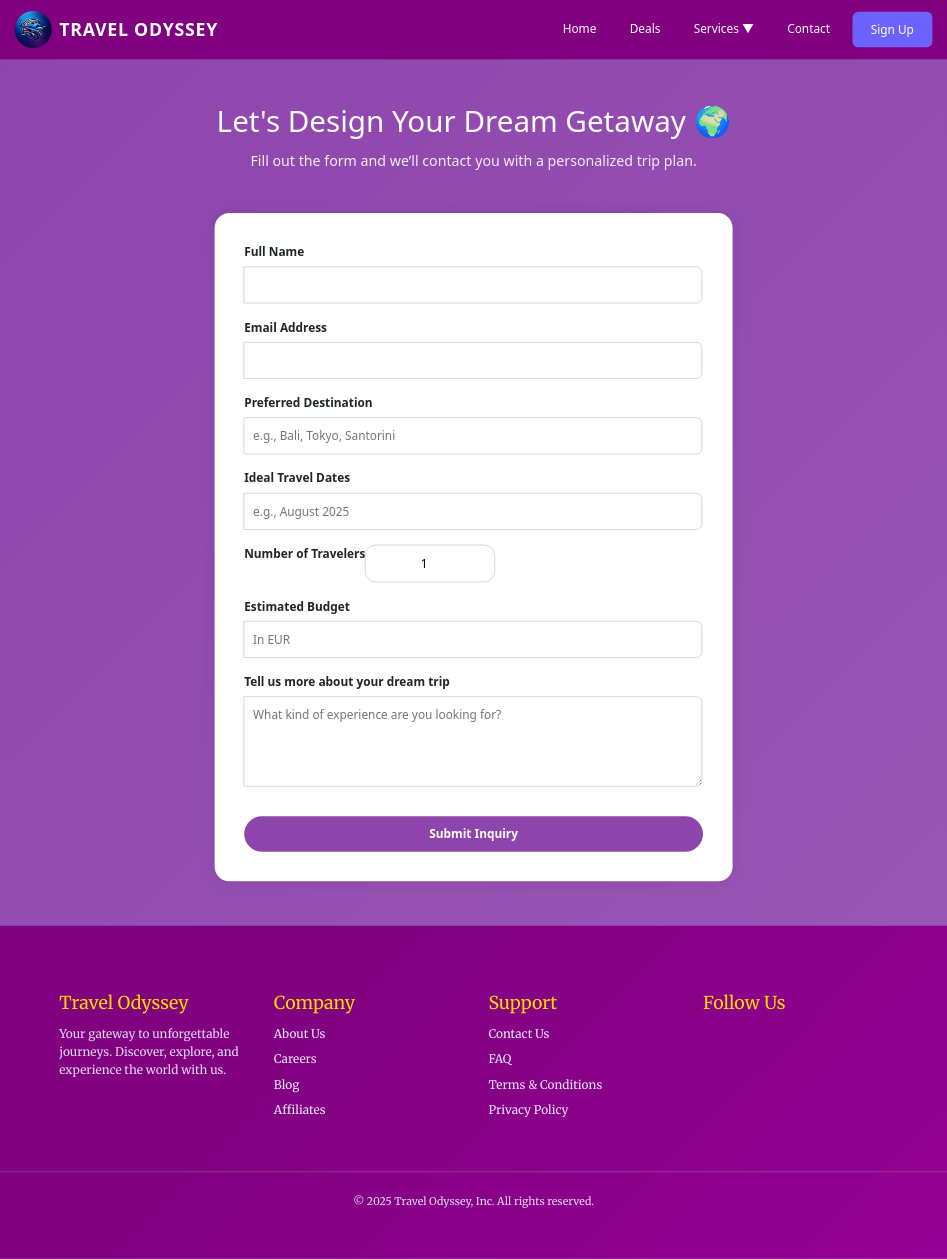
Repository: GHzPhoenix/Project-Odyssey
Page: Frontend/dream.html
An editor plug-in stored every save of this project. The page is shown before and after the next save, followed by the edit.
The browser window is 1280 px wide. The pictures show the whole page, at 74% of full size.

Above is the page before, as saved 2025-06-08 16:46:14.

### Frontend/dream.html
<!DOCTYPE html>
<html lang="en">
  <head>
    <meta charset="UTF-8" />
    <meta name="viewport" content="width=device-width, initial-scale=1.0" />
    <title>Plan Your Dream Trip – Travel Odyssey</title>
    <link rel="stylesheet" href="/Frontend/css/style.css" />
    <link rel="stylesheet" href="/Frontend/css/dream.css" />
    <link rel="preconnect" href="https://fonts.googleapis.com" />
    <link rel="stylesheet" href="/Frontend/css/deals.css" />
    <link rel="preconnect" href="https://fonts.gstatic.com" crossorigin />
    <link
      href="https://fonts.googleapis.com/css2?family=Merriweather:wght@300;400;700&display=swap"
      rel="stylesheet"
    />
    <link
      href="https://cdn.jsdelivr.net/npm/bootstrap@5.3.3/dist/css/bootstrap.min.css"
      rel="stylesheet"
      crossorigin="anonymous"
    />
  </head>
  <body>
    <header>
      <nav>
        <div class="logo">
          <img src="/Frontend/assets/your-logo.png" alt="Logo" />
          Travel Odyssey
        </div>
        <div class="menu-toggle" onclick="toggleMenu()">
          <div></div>
          <div></div>
          <div></div>
        </div>
        <ul class="nav-menu">
          <li><a href="index.html">Home</a></li>
          <li><a href="deals.html">Deals</a></li>
          <li class="dropdown-parent">
            <a href="#">Services ▼</a>
            <div class="dropdown">
              <a href="membership.html">Memberships</a>
              <a href="dream.html">Plan your Trip</a>
              <a href="client-area.html">Client Area</a>
            </div>
          </li>
          <li><a href="contact.html">Contact</a></li>
          <li><a href="signup.html" class="signup-btn">Sign Up</a></li>
        </ul>
      </nav>
    </header>

    <main>
      <section class="dream-intro">
        <h2>Let's Design Your Dream Getaway 🌍</h2>
        <p>
          Fill out the form and we’ll contact you with a personalized trip plan.
        </p>
      </section>

      <section class="dream-form">
        <form id="dreamtrip-form">
          <div class="input-group">
            <label for="name">Full Name</label>
            <input type="text" id="name" name="name" required />
          </div>
          <div class="input-group">
            <label for="email">Email Address</label>
            <input type="email" id="email" name="email" required />
          </div>
          <div class="input-group">
            <label for="destination">Preferred Destination</label>
            <input
              type="text"
              id="destination"
              name="destination"
              placeholder="e.g., Bali, Tokyo, Santorini"
              required
            />
          </div>
          <div class="input-group">
            <label for="dates">Ideal Travel Dates</label>
            <input
              type="text"
              id="dates"
              name="dates"
              placeholder="e.g., August 2025"
              required
            />
          </div>
          <div class="input-group">
            <label for="guests">Number of Travelers</label>
            <input
              type="number"
              id="guests"
              name="guests"
              min="1"
              value="1"
              required
            />
          </div>
          <div class="input-group">
            <label for="budget">Estimated Budget</label>
            <input
              type="number"
              id="budget"
              name="budget"
              placeholder="In EUR"
              min="100"
              required
            />
          </div>
          <div class="input-group">
            <label for="preferences">Tell us more about your dream trip</label>
            <textarea
              id="preferences"
              name="preferences"
              rows="4"
              placeholder="What kind of experience are you looking for?"
            ></textarea>
          </div>
          <div class="button-container">
            <button id="contact" class="submit" type="submit">
              Submit Inquiry
            </button>
          </div>
        </form>
      </section>
    </main>

    <footer class="footer">
      <div class="footer-container">
        <div class="footer-section">
          <h3>Travel Odyssey</h3>
          <p>
            Your gateway to unforgettable journeys. Discover, explore, and
            experience the world with us.
          </p>
        </div>
        <div class="footer-section">
          <h3>Company</h3>
          <ul>
            <li><a href="aboutus.html">About Us</a></li>
            <li><a href="careers.html">Careers</a></li>
            <li><a href="blog.html">Blog</a></li>
            <li><a href="affiliates.html">Affiliates</a></li>
          </ul>
        </div>
        <div class="footer-section">
          <h3>Support</h3>
          <ul>
            <li><a href="contact.html">Contact Us</a></li>
            <li><a href="faq.html">FAQ</a></li>
            <li><a href="terms.html">Terms & Conditions</a></li>
            <li><a href="privacy.html">Privacy Policy</a></li>
          </ul>
        </div>
        <div class="footer-section">
          <h3>Follow Us</h3>
          <div class="social-icons">
            <a href="#"><i class="fab fa-facebook"></i></a>
            <a href="#"><i class="fab fa-instagram"></i></a>
            <a href="#"><i class="fab fa-twitter"></i></a>
            <a href="#"><i class="fab fa-youtube"></i></a>
          </div>
        </div>
      </div>
      <hr />
      <div class="footer-bottom">
        <p>© 2025 Travel Odyssey, Inc. All rights reserved.</p>
      </div>
    </footer>

    <script>
      function toggleMenu() {
        document.querySelector(".nav-menu").classList.toggle("active");
      }
      document
        .getElementById("dreamtrip-form")
        .addEventListener("submit", async (e) => {
          e.preventDefault();
          const f = e.target;
          const body = {
            name: f.name.value.trim(),
            email: f.email.value.trim(),
            destination: f.destination.value.trim(),
            dates: f.dates.value.trim(),
            guests: parseInt(f.guests.value, 10),
            budget: parseFloat(f.budget.value),
            preferences: f.preferences.value.trim(),
          };
          try {
            const res = await fetch("http://127.0.0.1:5001/api/inquiries", {
              method: "POST",
              headers: { "Content-Type": "application/json" },
              body: JSON.stringify(body),
            });
            if (!res.ok) throw await res.json();
            alert(
              "Inquiry saved! Our team will try to make your dream trip a reality."
            );
            f.reset();
          } catch (err) {
            alert(err.error || "Submission failed");
          }
        });
    </script>
  </body>
</html>

### Frontend/css/dream.css
body {
  font-family: "Merriweather", serif;
  margin: 0;
  padding: 0;
  background: linear-gradient(135deg, #8e44ad, #9b59b6);
  color: #333;
}

main {
  padding: 60px 20px;
  display: flex;
  flex-direction: column;
  align-items: center;
  text-align: center;
}

.dream-intro {
  max-width: 700px;
  margin-bottom: 40px;
  color: white;
}

.dream-intro h2 {
  font-size: 2.5rem;
  margin-bottom: 15px;
}

.dream-intro p {
  font-size: 1.2rem;
  opacity: 0.9;
}

.dream-form {
  background: #fff;
  padding: 40px;
  border-radius: 20px;
  max-width: 700px;
  width: 100%;
  box-shadow: 0 0 20px rgba(0, 0, 0, 0.1);
}

.input-group {
  margin-bottom: 20px;
  text-align: left;
}

.input-group label {
  display: block;
  margin-bottom: 8px;
  font-weight: 600;
}

.input-group input,
.input-group textarea {
  width: 100%;
  padding: 12px;
  border-radius: 8px;
  border: 1px solid #ccc;
  font-size: 1rem;
}

.button-container {
  text-align: center;
}

.submit {
  background: #8e44ad;
  color: #fff;
  border: none;
  padding: 12px 30px;
  font-size: 1rem;
  border-radius: 30px;
  cursor: pointer;
  transition: background 0.3s ease;
}

.submit:hover {
  background: #732d91;
}

### Frontend/css/deals.css
.deals-container {
  display: grid;
  grid-template-columns: repeat(auto-fit, minmax(280px, 1fr));
  gap: 1.5rem;
  padding: 2rem;
}

.card {
  background: #fff;
  border-radius: 1rem;
  box-shadow: 0 0.5rem 1.5rem rgba(0, 0, 0, 0.1);
  overflow: hidden;
  transition: transform 0.3s ease, box-shadow 0.3s ease;
  display: flex;
  flex-direction: column;
}

.card:hover {
  transform: translateY(-0.5rem);
  box-shadow: 0 1rem 2.5rem rgba(0, 0, 0, 0.15);
}

.card-image {
  width: 100%;
  height: 180px;
  object-fit: cover;
}

.card-info {
  padding: 1rem;
  flex: 1;
  display: flex;
  flex-direction: column;
}

.card-title {
  margin: 0 0 0.5rem;
  font-size: 1.25rem;
  color: #333;
}

.card-subtext {
  font-size: 0.9rem;
  color: #666;
  margin: 0 0 1rem;
  flex: 1;
}

.card-dates {
  font-size: 0.85rem;
  color: #999;
  margin-bottom: 1rem;
}

.card-button {
  align-self: start;
  background-color: #6c63ff;
  color: #fff;
  padding: 0.6rem 1.2rem;
  border-radius: 0.6rem;
  text-decoration: none;
  font-weight: 600;
  transition: background 0.3s ease;
}

.card-button:hover {
  background-color: #5950d4;
}

Loaded but not shown: Frontend/css/style.css (994 lines, source omitted)

After the next save:
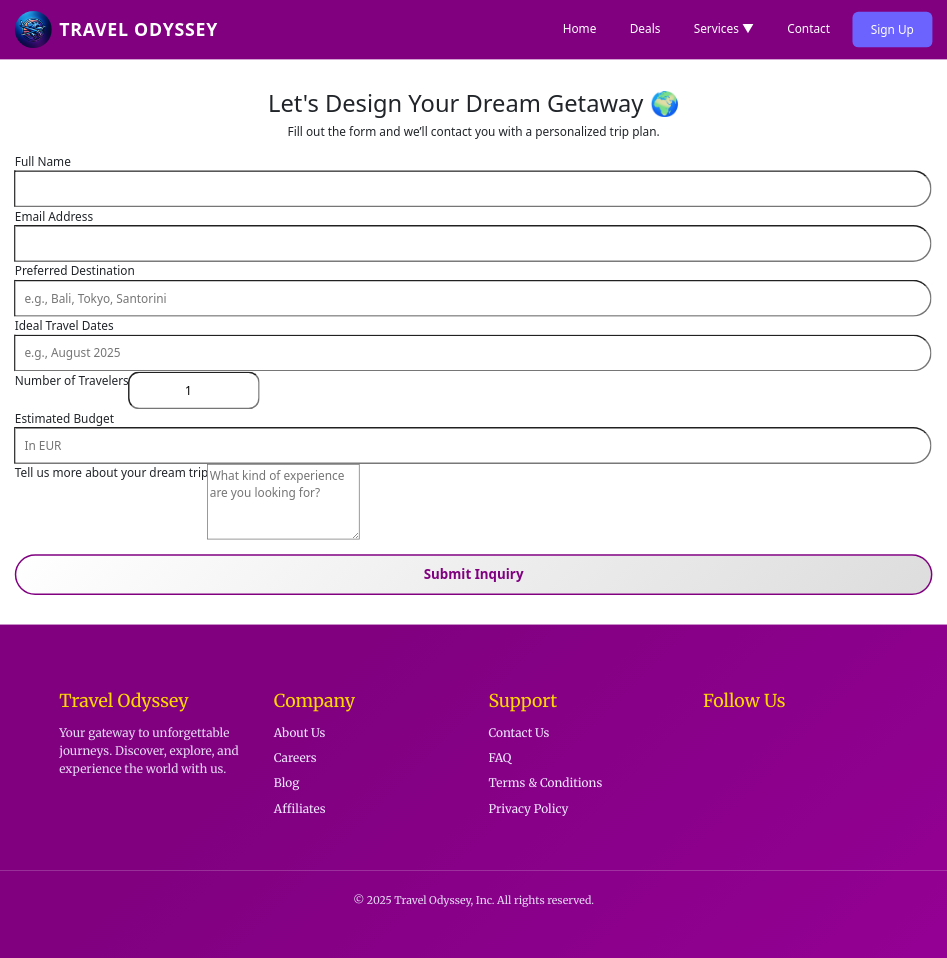
Saved 96 s later.
--- a/Frontend/dream.html
+++ b/Frontend/dream.html
@@ -5,7 +5,7 @@
     <meta name="viewport" content="width=device-width, initial-scale=1.0" />
     <title>Plan Your Dream Trip – Travel Odyssey</title>
     <link rel="stylesheet" href="/Frontend/css/style.css" />
-    <link rel="stylesheet" href="/Frontend/css/dream.css" />
+
     <link rel="preconnect" href="https://fonts.googleapis.com" />
     <link rel="stylesheet" href="/Frontend/css/deals.css" />
     <link rel="preconnect" href="https://fonts.gstatic.com" crossorigin />
